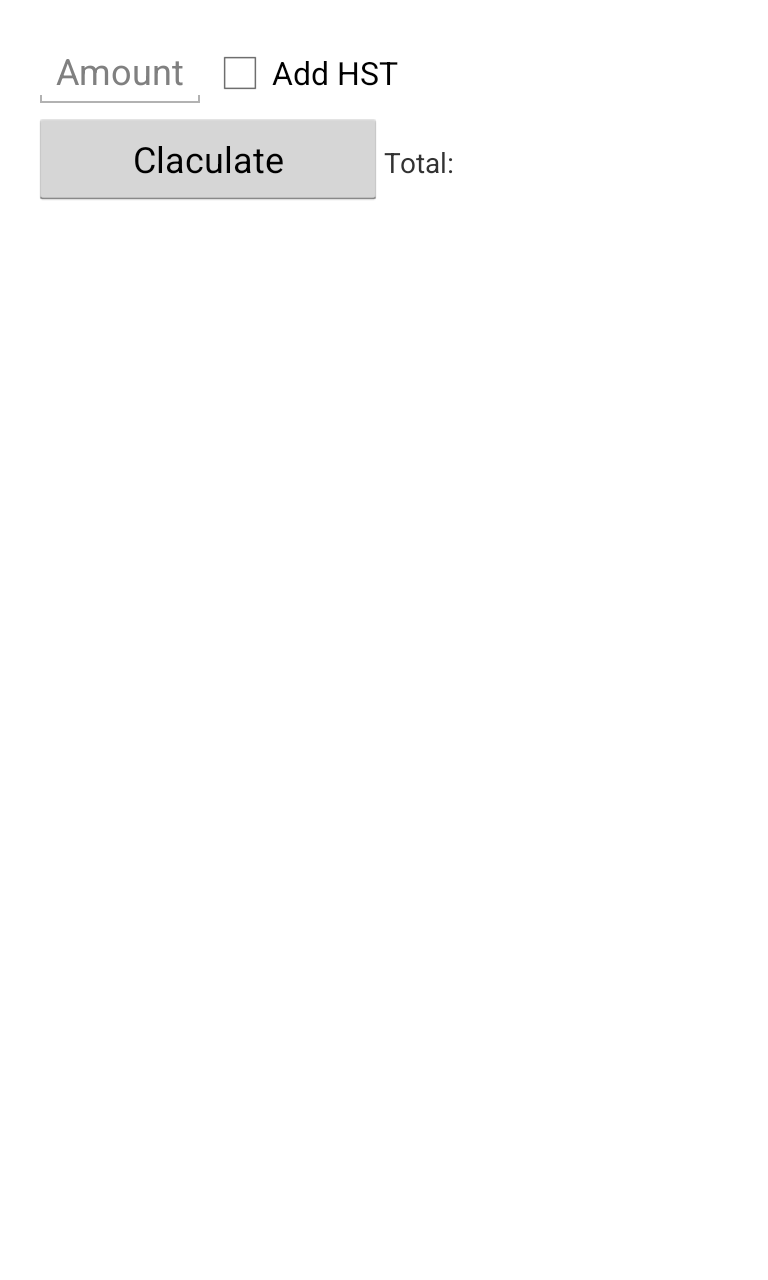
Repository: ericMedeiros93/Android-Dev
Layout: week3_1/res/layout/activity_main.xml
An editor plug-in stored every save of this project. The layout is shown before and after the next save, followed by the edit.
It is drawn on a 768 x 1280 px phone screen (xhdpi) without system bars, with theme AppTheme; the app's code is not run.

Above is the layout before, as saved 2014-09-17 15:28:01.

After the next save:
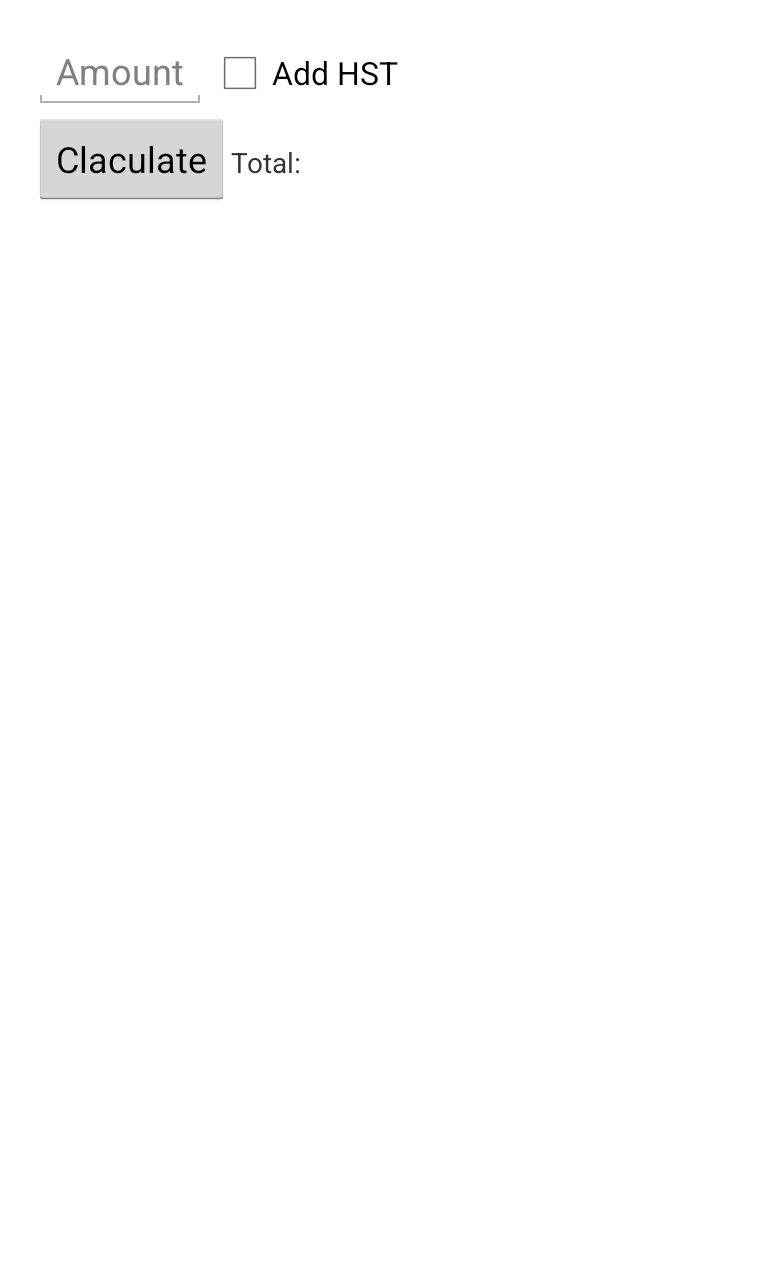
Saved 21 s later.
--- a/week3_1/res/layout/activity_main.xml
+++ b/week3_1/res/layout/activity_main.xml
@@ -22,8 +22,7 @@
 
         <CheckBox
             android:id="@+id/chkAddHst"
-            android:layout_width="0dp"
-            android:layout_weight="1"
+            android:layout_width="wrap_content"
             android:layout_height="wrap_content"
             android:text="Add HST" />
     </LinearLayout>
@@ -35,15 +34,13 @@
 
         <Button
             android:id="@+id/btnCalculate"
-            android:layout_width="0dp"
-            android:layout_weight="1"
+            android:layout_width="wrap_content"
             android:layout_height="wrap_content"
             android:text="Claculate" />
 
         <TextView
             android:id="@+id/txtResult"
-            android:layout_width="0dp"
-            android:layout_weight="1"
+            android:layout_width="wrap_content"
             android:layout_height="wrap_content"
             android:text="Total:" />
     </LinearLayout>
